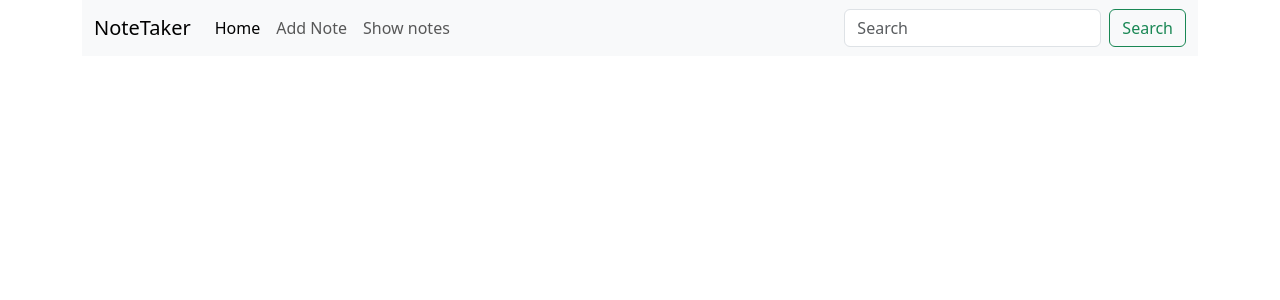
Repository: smritihbtu/Note-Maker
Page: http://localhost/NoteTaker/
The author's editor kept a copy of each file at every save. The page is drawn from the files as they stood at one save, then again after the next save.
The browser window is 1280 px wide. The pictures show the whole page.
The page is served by Tomcat 9.

Above is the page before, as saved 2023-08-19 15:36:59.

After the next save:
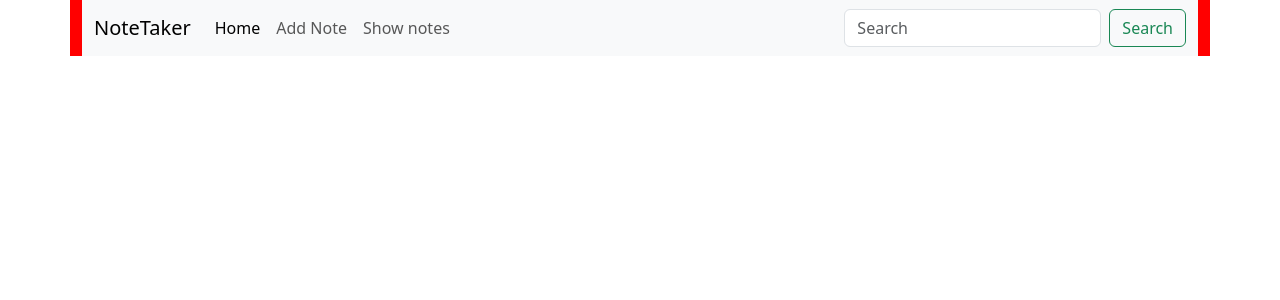
Saved 66 s later.
--- a/NoteTaker/src/main/webapp/css/style.css
+++ b/NoteTaker/src/main/webapp/css/style.css
@@ -1,3 +1,6 @@
 body{
 	background-color : black;
 }
+.container{
+	background-color: red;
+}
